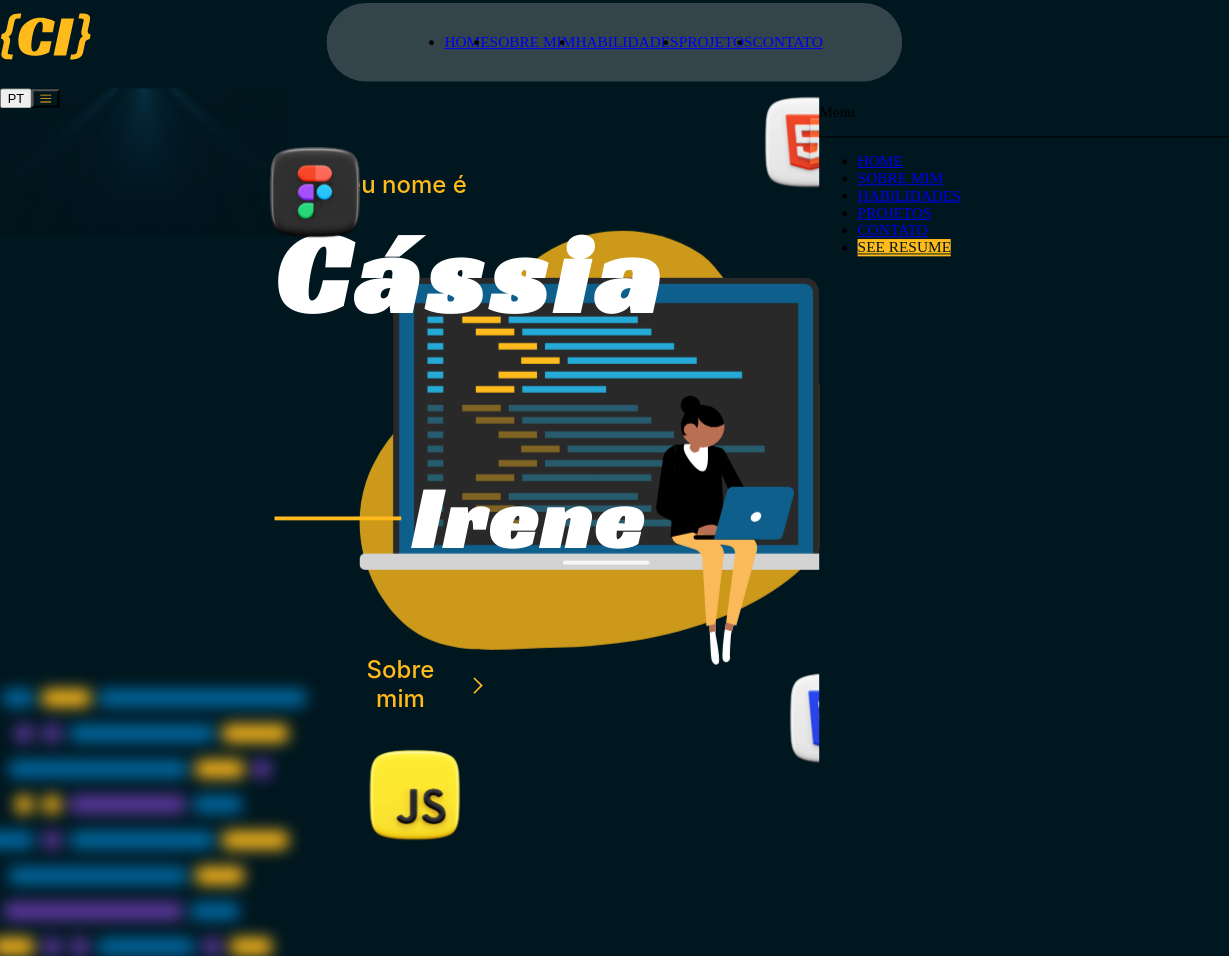
Repository: Cassia-Irene/My-Portfolio
Page: /
The author's editor kept a copy of each file at every save. The page is drawn from the files as they stood at one save, then again after the next save.
The browser window is 1280 px wide. The pictures show the whole page, at 96% of full size.
The project was rebuilt for these pictures with package versions that can differ from the ones it lists, and the page was loaded fresh each time. Also part of the build but not shown: vite.config.ts.

Above is the page before, as saved 2025-12-09 01:34:55.

After the next save:
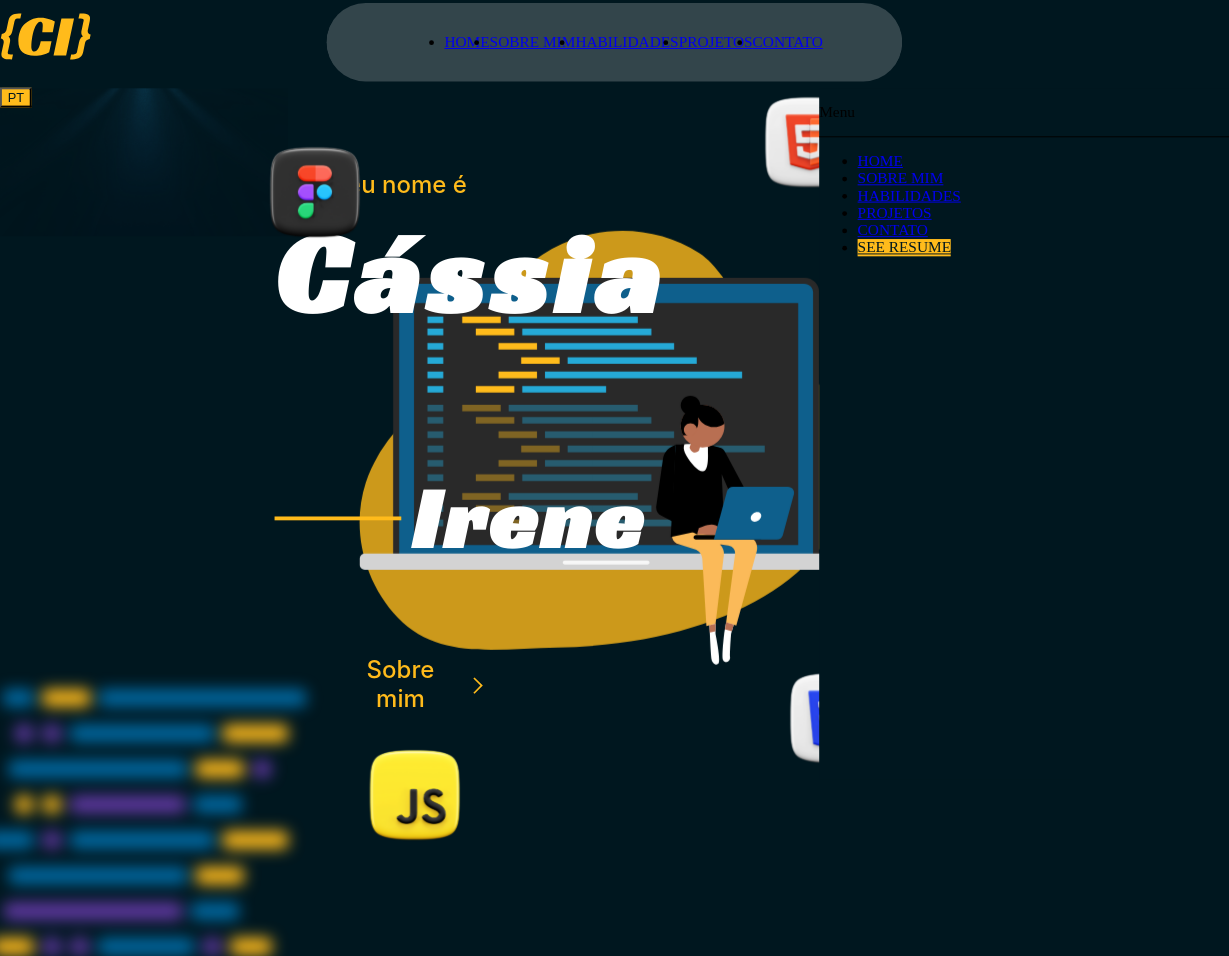
Saved 15 s later.
--- a/src/Header.tsx
+++ b/src/Header.tsx
@@ -104,7 +104,11 @@ const Header: React.FC = () => {
         {/* Botão de idioma à ESQUERDA no mobile */}
         <button
           onClick={() => setLang(lang === "PT" ? "EN" : "PT")}
-          className="md:hidden"
+          className="md:hidden           fixed top-4 left-4
+          z-[1001]
+          bg-[#FFBB1B] text-[#00171F]
+          px-3 py-1.5 rounded-lg font-bold
+          hover:bg-yellow-500 transition-all duration-300"
         >
           {lang === "pt" ? "EN" : "PT"}
         </button>
